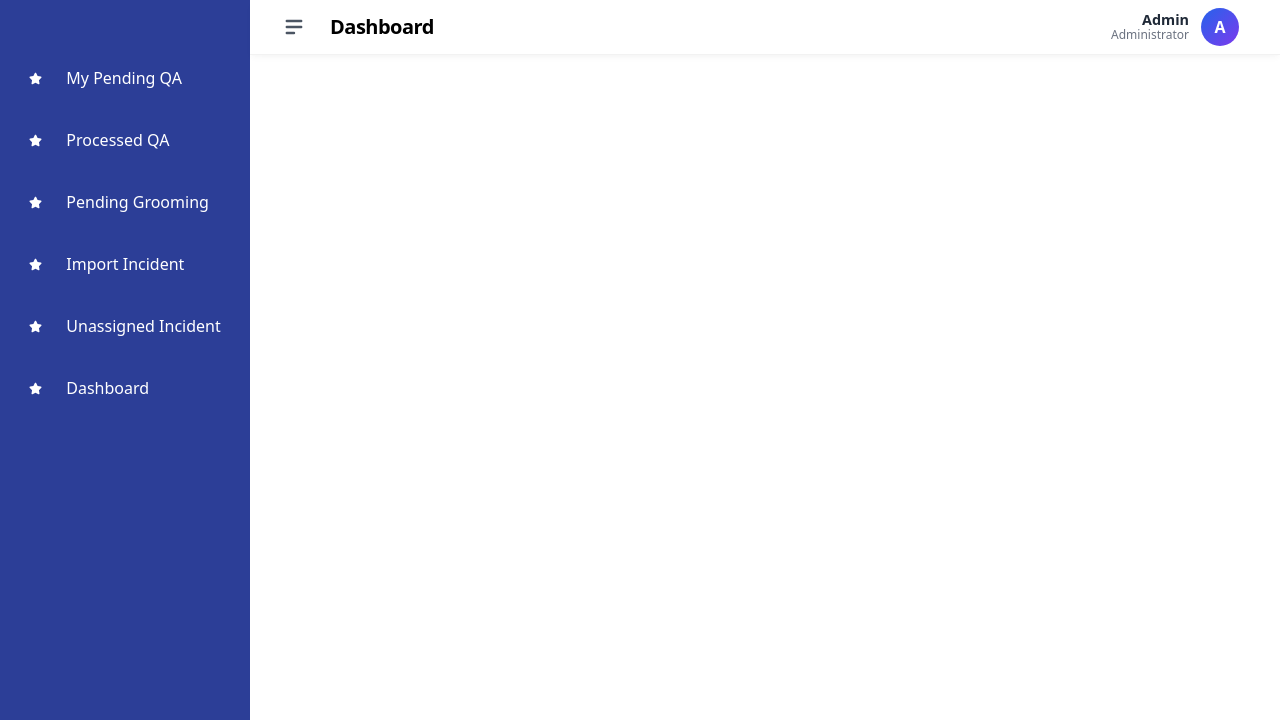
Repository: ArunGOW/ServiceNow_QA-audit
Page: /dashboard
The author's editor kept a copy of each file at every save. The page is drawn from the files as they stood at one save, then again after the next save.
The browser window is 1280 px wide. The pictures show the whole page.
The project was rebuilt for these pictures with package versions that can differ from the ones it lists, and the page was loaded fresh each time. Some packages were replaced by stand-ins written for this rebuild. Also part of the build but not shown: vite.config.js, src/components/Login.jsx, src/utils/logger.jsx, src/hooks/usePendingIncidents.jsx, src/components/PendingQATable.css, src/components/tables/PendingQATable.jsx, src/components/PaginationControls.css, src/components/PaginationControls.jsx and 16 more.

Above is the page before, as saved 2026-01-22 23:14:20.

### index.html
<!doctype html>
<html lang="en">
  <head>
    <meta charset="UTF-8" />
    <link rel="icon" href="data:," />
    <meta name="viewport" content="width=device-width, initial-scale=1.0" />
    <title>QA Tool</title>
  </head>
  <body>
    <div id="root"></div>
    <script type="module" src="/src/main.jsx"></script>
  </body>
</html>

### src/main.jsx
 import React from "react";
import ReactDOM from "react-dom/client";
import { BrowserRouter } from "react-router-dom";
import App from "./App";
import 'bootstrap/dist/css/bootstrap.min.css';


ReactDOM.createRoot(document.getElementById("root")).render(
  <BrowserRouter>
    <App />
  </BrowserRouter>
);

### src/App.jsx


// src/App.jsx
import React from "react";
import { Routes, Route, Navigate } from "react-router-dom";
import Login from "./components/Login";
import Dashboard from "./components/Dashboard";
import { AuthProvider } from "./context/AuthContext";

// Pages
import PendingQAPage from "./pages/PendingQAPage";
import ProcessedQAPage from "./pages/ProcessedQAPage";
import GroomingPage from "./pages/GroomingPage";
import ImportIncidentPage from "./pages/ImportIncidentPage";
import UnassignedPage from "./pages/UnassignedPage";
import UserDashboard from "./pages/UserDashboard";
import AlluserDashboard from "./pages/AlluserDashboard";

function App() {
  return (
    <AuthProvider>
      <Routes>
        {/* Redirect root to login */}
        <Route path="/" element={<Navigate to="/login" replace />} />

        {/* Login Page */}
        <Route path="/login" element={<Login />} />

        {/* Dashboard Layout with nested routes */}
        <Route path="/dashboard" element={<Dashboard />}>
        <Route path="alluser-dashboard" element={<AlluserDashboard />} />
          <Route path="pending-qa" element={<PendingQAPage />} />
          <Route path="processed-qa" element={<ProcessedQAPage />} />
          <Route path="pending-grooming" element={<GroomingPage />} />
          <Route path="import-incident" element={<ImportIncidentPage />} />
          <Route path="unassigned-incident" element={<UnassignedPage />} />
          <Route path="user-dashboard" element={<UserDashboard />} />

        </Route>
      </Routes>
    </AuthProvider>
  );
}

export default App;

### src/components/Dashboard.jsx

// src/components/Dashboard.jsx
import { Outlet } from "react-router-dom";
import { useState } from "react";
import Sidebar from "./layout/sidebar.jsx";
import Topbar from "./layout/Topbar.jsx";

const Dashboard = () => {
  const [sidebarOpen, setSidebarOpen] = useState(true);

  return (
    <div className="d-flex">
      {/* Sidebar */}
      {sidebarOpen && <Sidebar />}

      {/* Main Content */}
      <div className="flex-grow-1">
        <Topbar onToggleSidebar={() => setSidebarOpen(!sidebarOpen)} />
        <div className="p-3">
          <Outlet /> {/* Child routes render here */}
        </div>
      </div>
    </div>
  );
};

export default Dashboard;

### src/context/AuthContext.jsx
import React, { createContext, useContext, useState, useEffect } from "react";
import api from "../api/axois"; // ✅ Axios instance (with base URL & interceptors)

// ✅ Create Authentication Context
const AuthContext = createContext();

/**
 * 🔐 AuthProvider Component
 * - Manages authentication state (user, token)
 * - Provides login and logout functions to entire app
 */
export const AuthProvider = ({ children }) => {
  const [user, setUser] = useState(null); // Stores logged-in user info

  /**
   * 🔄 useEffect: Load user from localStorage on initial app load
   * This ensures the session persists even after page refresh
   */
  useEffect(() => {
    const savedUser = localStorage.getItem("user");
    if (savedUser) {
      setUser(JSON.parse(savedUser));
    }
  }, []);

  /**
   * ✅ login() - Handles user authentication using Google email
   * @param {string} email - User's email from Google OAuth
   * @param {string} name - (Optional) User's name
   * @param {string} picture - (Optional) User's profile picture
   *
   * Steps:
   * 1. Sends email to backend for verification/login
   * 2. If successful, stores user info and token in state + localStorage
   * 3. Returns `true` if login succeeded, `false` otherwise
   */
  const login = async (email, name = "", picture = "") => {
    try {
      const res = await api.post("/users/login-google", { email });

      console.log("🔑 Backend Login Response:", res.data);

      if (res.data.status === "success") {
        const userData = {
          user_sid: res.data.user_sid,
          user_type: res.data.user_type,
          token: res.data.session_token,
          email,
          name,
          picture,
        };

        // ✅ Save user data in state and localStorage for persistence
        setUser(userData);
        localStorage.setItem("user", JSON.stringify(userData));
        localStorage.setItem("session_token", res.data.session_token);

        return true;
      }

      // If backend returns failure
      return false;
    } catch (err) {
      console.error("❌ Login error:", err.response?.data || err.message);
      return false;
    }
  };

  /**
   * 🚪 logout() - Clears user data and token from both state and localStorage
   * Used when the user logs out or session expires
   */
  const logout = () => {
    setUser(null);
    localStorage.removeItem("user");
    localStorage.removeItem("session_token");
  };

  /**
   * 💡 Provide global authentication state and methods
   * Components can use `useAuth()` hook to access these values
   */
  return (
    <AuthContext.Provider value={{ user, login, logout }}>
      {children}
    </AuthContext.Provider>
  );
};

/**
 * 🧩 Custom hook: useAuth()
 * - Simplifies access to AuthContext values
 * - Example usage: const { user, login, logout } = useAuth();
 */
export const useAuth = () => useContext(AuthContext);

### src/components/layout/sidebar.jsx
//  // src/components/layout/Sidebar.jsx
// import { NavLink } from "react-router-dom";
// import { FaStar } from "react-icons/fa";
// import "./Sidebar.css";
// import logo from "../../assets/download.png"; // Company logo

// const Sidebar = () => {
//   return (
//     <div className="sidebar">
//       {/* Logo Section */}
//       {/* <div className="logo">
//         <img src={logo} alt="eServeCloudSolutions Logo" className="logo-img" />
//       </div> */}

//       {/* Navigation Links */}
//       <nav>
//         <NavLink to="/dashboard/pending-qa" activeClassName="active">
//           <FaStar /> My Pending QA
//         </NavLink>

//         <NavLink to="/dashboard/processed-qa" activeClassName="active">
//           <FaStar /> Processed QA
//         </NavLink>

//         <NavLink to="/dashboard/pending-grooming" activeClassName="active">
//           <FaStar /> Pending Grooming
//         </NavLink>

//         <NavLink to="/dashboard/import-incident" activeClassName="active">
//           <FaStar /> Import Incident
//         </NavLink>

//         <NavLink to="/dashboard/unassigned-incident" activeClassName="active">
//           <FaStar /> Unassigned Incident
//         </NavLink>
// {/*
//         <NavLink to="/dashboard/user-dashboard" activeClassName="active">
//           <FaStar /> User Dashboard
//         </NavLink> */}
//         <NavLink to="/dashboard/alluser-dashboard" activeClassName="active">
//           <FaStar /> Dashboard
//         </NavLink>
//       </nav>
//     </div>
//   );
// };

// export default Sidebar;

     // premium design add code


// src/components/layout/Sidebar.jsx
import { NavLink } from "react-router-dom";
import { FaStar } from "react-icons/fa";
import "./Sidebar.css";
import logo from "../../assets/download.png";

const Sidebar = () => {
  return (
    <div className="sidebar">
      {/* Logo Section */}
      {/* <div className="logo-section">
        <img src={logo} alt="eServeCloudSolutions Logo" className="logo-img" />
      </div> */}

      <div className="sidebar-divider"></div>

      {/* Navigation Links */}
      <nav className="sidebar-nav">


        <NavLink to="/dashboard/pending-qa" className={({ isActive }) => isActive ? "nav-link-item active" : "nav-link-item"}>
          <FaStar className="star-icon" /> <span>My Pending QA</span>
        </NavLink>

        <NavLink to="/dashboard/processed-qa" className={({ isActive }) => isActive ? "nav-link-item active" : "nav-link-item"}>
          <FaStar className="star-icon" /> <span>Processed QA</span>
        </NavLink>

        <NavLink to="/dashboard/pending-grooming" className={({ isActive }) => isActive ? "nav-link-item active" : "nav-link-item"}>
          <FaStar className="star-icon" /> <span>Pending Grooming</span>
        </NavLink>



        <NavLink to="/dashboard/import-incident" className={({ isActive }) => isActive ? "nav-link-item active" : "nav-link-item"}>
          <FaStar className="star-icon" /> <span>Import Incident</span>
        </NavLink>

        <NavLink to="/dashboard/unassigned-incident" className={({ isActive }) => isActive ? "nav-link-item active" : "nav-link-item"}>
          <FaStar className="star-icon" /> <span>Unassigned Incident</span>
        </NavLink>

        <NavLink to="/dashboard/alluser-dashboard" className={({ isActive }) => isActive ? "nav-link-item active" : "nav-link-item"}>
          <FaStar className="star-icon" /> <span>Dashboard</span>
        </NavLink>
      </nav>
    </div>
  );
};

export default Sidebar;

### src/components/layout/Topbar.jsx
// // src/components/layout/Topbar.jsx
// import { Navbar, Nav, Dropdown, Image } from "react-bootstrap";
// import { FaBars } from "react-icons/fa";
// import { useAuth } from "../../context/AuthContext";
// import { useNavigate } from "react-router-dom";
// import "./Topbar.css";

// const Topbar = ({ onToggleSidebar }) => {
//   const { logout, user } = useAuth();
//   const navigate = useNavigate();

//   // Handle user logout
//   const handleLogout = () => {
//     logout();
//     navigate("/login");
//   };

//   return (
//     <Navbar bg="light" expand="lg" className="shadow-sm px-3">
//       {/* Sidebar Toggle */}
//       <FaBars
//         className="me-3"
//         style={{ cursor: "pointer", fontSize: "1.5rem" }}
//         onClick={onToggleSidebar}
//       />

//       {/* Title */}
//       <Navbar.Brand className="fw-bold">Dashboard</Navbar.Brand>

//       {/* User Menu */}
//       <Nav className="ms-auto">
//         <Dropdown align="end">
//           <Dropdown.Toggle
//             variant="light"
//             id="dropdown-basic"
//             className="d-flex align-items-center"
//           >
//             {user?.picture && (
//               <Image
//                 src={user.picture}
//                 alt="Profile"
//                 roundedCircle
//                 width="32"
//                 height="32"
//                 className="me-2"
//               />
//             )}
//             <span>{user?.name || user?.email || "Admin"}</span>
//           </Dropdown.Toggle>

//           <Dropdown.Menu>
//             <Dropdown.Item disabled>
//               {user?.email || "No email"}
//             </Dropdown.Item>
//             <Dropdown.Divider />
//             <Dropdown.Item onClick={handleLogout}>Logout</Dropdown.Item>
//           </Dropdown.Menu>
//         </Dropdown>
//       </Nav>
//     </Navbar>
//   );
// };

// export default Topbar;


import { Navbar, Nav, Dropdown, Image } from "react-bootstrap";
import { HiMenuAlt2 } from "react-icons/hi"; // A more modern "Bars" icon
import { FiLogOut, FiUser, FiSettings } from "react-icons/fi"; // Premium line icons
import { useAuth } from "../../context/AuthContext";
import { useNavigate } from "react-router-dom";
import "./Topbar.css";

const Topbar = ({ onToggleSidebar }) => {
  const { logout, user } = useAuth();
  const navigate = useNavigate();

  const handleLogout = () => {
    logout();
    navigate("/login");
  };

  return (
    <Navbar className="topbar-custom px-4">
      {/* Left Section: Toggle & Title */}
      <div className="d-flex align-items-center">
        <div className="sidebar-toggle-btn me-3" onClick={onToggleSidebar}>
          <HiMenuAlt2 size={24} />
        </div>
        <Navbar.Brand className="brand-text d-none d-sm-block">
          Dashboard
        </Navbar.Brand>
      </div>

      {/* Right Section: User Menu */}
      <Nav className="ms-auto">
        <Dropdown align="end">
          <Dropdown.Toggle id="dropdown-user-profile" className="profile-dropdown-toggle">
            <div className="user-info-wrapper">
              <div className="user-text-meta d-none d-md-flex">
                <span className="user-name">{user?.name || "Admin"}</span>
                <span className="user-role">Administrator</span>
              </div>
              <div className="avatar-container">
                {user?.picture ? (
                  <Image src={user.picture} roundedCircle className="profile-img" />
                ) : (
                  <div className="avatar-placeholder">
                    {(user?.name || "A").charAt(0)}
                  </div>
                )}
              </div>
            </div>
          </Dropdown.Toggle>

          <Dropdown.Menu className="profile-dropdown-menu shadow-lg border-0 mt-2">
            <div className="dropdown-header-custom px-3 py-2">
              <p className="mb-0 small text-muted">Signed in as</p>
              <p className="mb-0 fw-bold">{user?.email || "admin@example.com"}</p>
            </div>
            <Dropdown.Divider />
            <Dropdown.Item className="py-2"><FiUser className="me-2" /> Profile</Dropdown.Item>
            <Dropdown.Item className="py-2"><FiSettings className="me-2" /> Settings</Dropdown.Item>
            <Dropdown.Divider />
            <Dropdown.Item onClick={handleLogout} className="py-2 text-danger">
              <FiLogOut className="me-2" /> Logout
            </Dropdown.Item>
          </Dropdown.Menu>
        </Dropdown>
      </Nav>
    </Navbar>
  );
};

export default Topbar;

### src/api/axois.jsx
 // src/api/axios.js
import axios from "axios";

 // src/api/axios.js
const api = axios.create({
  baseURL: "http://52.56.78.188:8010/api",
  headers: {
    "Content-Type": "application/json",
  },
});


// 🔑 Attach token automatically to every request
api.interceptors.request.use(
  (config) => {
    const token = localStorage.getItem("session_token"); // token stored at login
    if (token) {
      config.headers.Authorization = `Bearer ${token}`;
    }
    return config;
  },
  (error) => Promise.reject(error)
);

export default api;

### src/components/layout/Sidebar.css
/* src/components/layout/Sidebar.css */
.sidebar {
  height: 870px;
  width: 250px;
  background-color: #2c3e97; /* Deep Blue */
  color: white;
  display: flex;
  flex-direction: column;
  padding: 20px;
   align-items: center;
}



.logo {
  margin-bottom: 30px;
}

.logo-img {
  width:100%; /* Your requested resolution */
  height: auto;
  object-fit: contain;
}


.sidebar .logo {
  font-size: 1.8rem;
  font-weight: bold;
  text-align: center;
  margin-bottom: 40px;
}

.sidebar nav {
  display: flex;
  flex-direction: column;
  gap: 12px;
}

.sidebar a {
  display: flex;
  align-items: center;
  gap: 12px;
  padding: 10px 15px;
  text-decoration: none;
  color: white;
  font-size: 1rem;
  border-radius: 6px;
  transition: all 0.3s ease;
  white-space: nowrap;
}

.sidebar a:hover {
  background-color: rgba(255, 255, 255, 0.15);
}

.sidebar a.active {
  background-color: white;
  color: #2c3e97;
  font-weight: bold;
}

.sidebar hr {
  border: none;
  border-top: 1px solid rgba(255, 255, 255, 0.2);
  margin: 15px 0;
}


/* Sidebar Main - Using your original background style */
.sidebar {
  width: 250px;
  height: 100vh;
  background-color:#2c3e97; /* Reverted to your original blue */
  padding: 20px 15px;
  display: flex;
  flex-direction: column;
  position: sticky;
  top: 0;
  color: white;
}

.logo-section {
  text-align: center;
  padding-bottom: 20px;
}

.logo-img {
  max-width: 160px;
  height: auto;
  /* If your logo is dark, this makes it white for the blue background */
  filter: brightness(0) invert(1);
}

.sidebar-divider {
  height: 1px;
  background: rgba(255, 255, 255, 0.1);
  margin: 10px 0 25px 0;
}

.nav-group-label {
  font-size: 10px;
  font-weight: 800;
  color: rgba(255, 255, 255, 0.5);
  letter-spacing: 1.2px;
  padding-left: 15px;
  margin-bottom: 8px;
  text-transform: uppercase;
}

/* Nav Item Styling */
.nav-link-item {
  display: flex;
  align-items: center;
  text-decoration: none;
  color: rgba(255, 255, 255, 0.8);
  padding: 12px 18px;
  border-radius: 10px;
  margin-bottom: 6px;
  font-size: 14px;
  font-weight: 500;
  transition: all 0.25s ease;
}

.star-icon {
  margin-right: 12px;
  font-size: 13px;
  transition: transform 0.2s ease;
}

/* Hover Effect */
.nav-link-item:hover {
  background-color: rgba(255, 255, 255, 0.1);
  color: #ffffff;
  transform: translateX(5px);
}

.nav-link-item:hover .star-icon {
  color: #ffcc00; /* Star turns gold on hover */
  transform: scale(1.2);
}

/* ✅ Premium Active State */
.nav-link-item.active {
  background-color: #ffffff !important;
  color: #2a5298 !important; /* Text turns to your original blue */
  font-weight: 700;
  box-shadow: 0 4px 12px rgba(0, 0, 0, 0.15);
}

.nav-link-item.active .star-icon {
  color: #2a5298 !important;
}

/* Optional: Custom scrollbar for a clean look */
.sidebar::-webkit-scrollbar {
  width: 4px;
}
.sidebar::-webkit-scrollbar-thumb {
  background: rgba(255, 255, 255, 0.2);
  border-radius: 10px;
}

### src/components/layout/Topbar.css
/* src/components/layout/Topbar.css */
.topbar {
  display: flex;
  align-items: center;
  justify-content: space-between;
  background: #ffffff;
  padding: 10px 20px;
  border-bottom: 1px solid #e5e7eb;
  box-shadow: 0px 2px 6px rgba(0, 0, 0, 0.05);
  position: sticky;
  top: 0;
  z-index: 1000;
}

.topbar .menu-icon {
  font-size: 1.5rem;
  cursor: pointer;
  color: #2c3e97;
}

.topbar .brand {
  font-size: 1.3rem;
  font-weight: bold;
  color: #2c3e97;
}

.topbar .user-dropdown .dropdown-toggle {
  background: transparent;
  border: none;
  font-weight: 500;
  color: #2c3e97;
  box-shadow: none !important;
}

.topbar .user-dropdown .dropdown-menu {
  border-radius: 8px;
  box-shadow: 0px 2px 8px rgba(0, 0, 0, 0.15);
}


/* Container styling */
.topbar-custom {
  background: rgba(255, 255, 255, 0.95) !important;
  backdrop-filter: blur(10px);

  /* This creates the premium "Floating" feel */
  border-bottom: 1px solid rgba(0, 0, 0, 0.05);
  box-shadow: 0 4px 6px -1px rgba(0, 0, 0, 0.03),
              0 2px 4px -1px rgba(0, 0, 0, 0.02);

  height: 55px;
  position: sticky;
  top: 0;
  z-index: 1000;
  transition: box-shadow 0.3s ease;
}

/* Optional: Add a stronger shadow when the user scrolls */
.topbar-custom.scrolled {
  box-shadow: 0 10px 15px -3px rgba(0, 0, 0, 0.07);
}

/* Sidebar Toggle */
.sidebar-toggle-btn {
  color: #4b5563;
  cursor: pointer;
  padding: 8px;
  border-radius: 8px;
  transition: all 0.2s;
  display: flex;
  align-items: center;
  justify-content: center;
}

.sidebar-toggle-btn:hover {
  background: #f3f4f6;
  color: #2563eb;
}

/* Brand Text */
.brand-text {
  font-weight: 700;
  color: #111827;
  letter-spacing: -0.5px;
  font-size: 1.25rem;
}

/* Profile Dropdown Toggle - removes the caret arrow */
.profile-dropdown-toggle::after {
  display: none !important;
}

.profile-dropdown-toggle {
  background: transparent !important;
  border: none !important;
  padding: 0;
}

.user-info-wrapper {
  display: flex;
  align-items: center;
  gap: 12px;
  padding: 5px 5px 5px 12px;
  border-radius: 50px;
  transition: background 0.2s;
}

.user-info-wrapper:hover {
  background: #f9fafb;
}

/* Avatar Styling */
.profile-img {
  width: 38px;
  height: 38px;
  object-fit: cover;
  border: 2px solid #fff;
  box-shadow: 0 0 0 1px #e5e7eb;
}

.avatar-placeholder {
  width: 38px;
  height: 38px;
  background: linear-gradient(135deg, #2563eb, #7c3aed);
  color: white;
  display: flex;
  align-items: center;
  justify-content: center;
  border-radius: 50%;
  font-weight: bold;
}

/* Text Meta */
.user-text-meta {
  flex-direction: column;
  align-items: flex-end;
  line-height: 1.2;
}

.user-name {
  font-size: 0.9rem;
  font-weight: 600;
  color: #1f2937;
}

.user-role {
  font-size: 0.75rem;
  color: #6b7280;
}

/* Dropdown Menu */
.profile-dropdown-menu {
  border-radius: 12px;
  overflow: hidden;
  min-width: 220px;
}

After the next save:
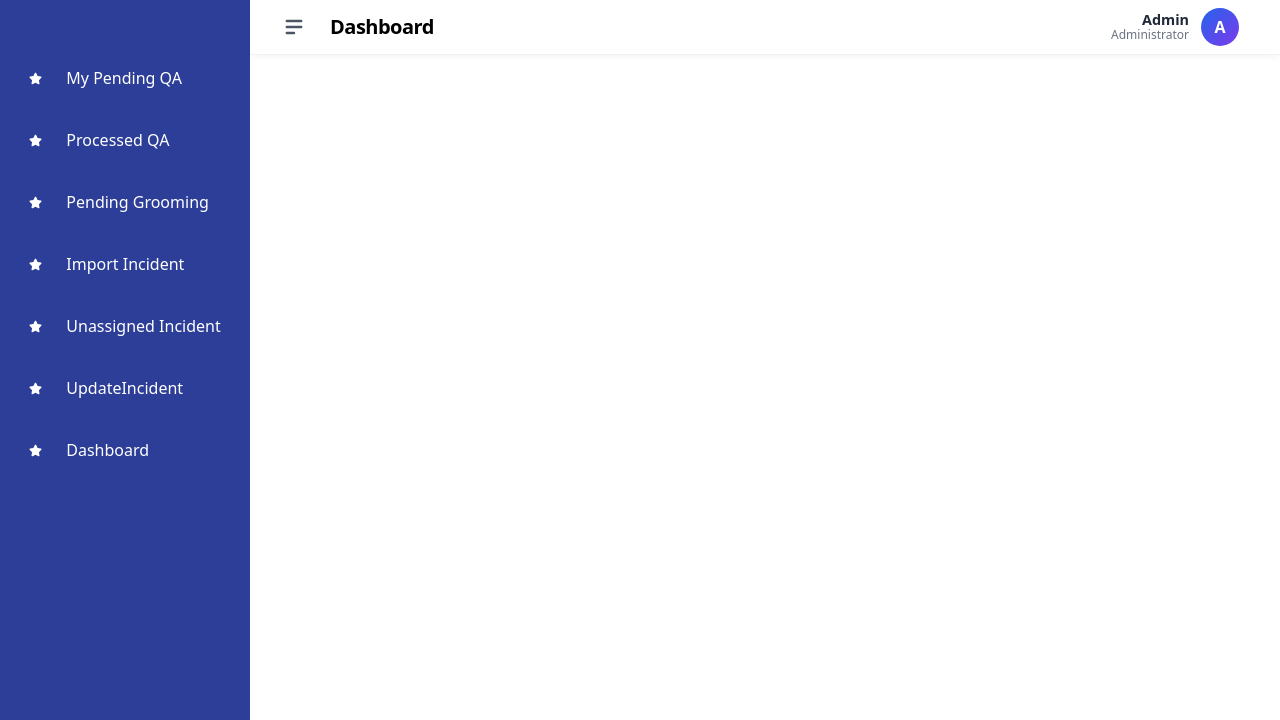
Saved 115 s later.
--- a/src/components/layout/sidebar.jsx
+++ b/src/components/layout/sidebar.jsx
@@ -92,6 +92,10 @@
           <FaStar className="star-icon" /> <span>Unassigned Incident</span>
         </NavLink>
 
+        <NavLink to="/dashboard/UpdateIncident" className={({ isActive }) => isActive ? "nav-link-item active" : "nav-link-item"}>
+          <FaStar className="star-icon" /> <span>UpdateIncident</span>
+        </NavLink>
+
         <NavLink to="/dashboard/alluser-dashboard" className={({ isActive }) => isActive ? "nav-link-item active" : "nav-link-item"}>
           <FaStar className="star-icon" /> <span>Dashboard</span>
         </NavLink>
